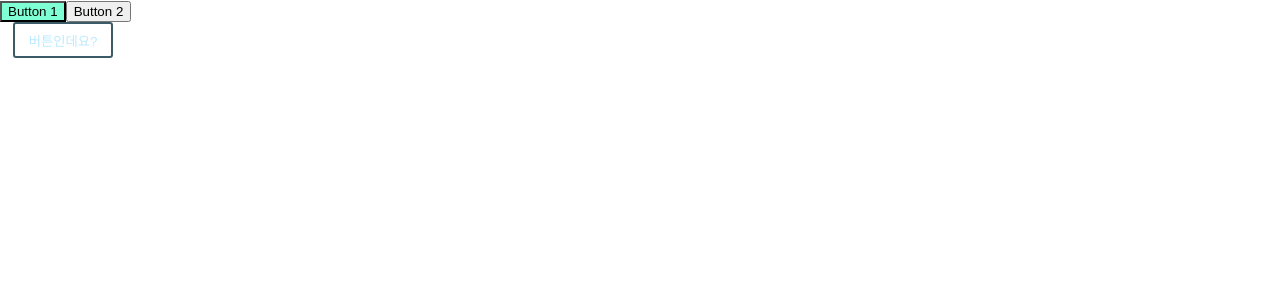
Repository: dnjfht/css-example
Page: /
The author's editor kept a copy of each file at every save. The page is drawn from the files as they stood at one save, then again after the next save.
The browser window is 1280 px wide. The pictures show the whole page.
The project was rebuilt for these pictures with package versions that can differ from the ones it lists, and the page was loaded fresh each time.

Above is the page before, as saved 2023-05-15 13:11:33.

### src/App.js
import React from "react";
import Button1 from "./components/Button1";
import Button2 from "./components/Button2";
import styled, { css } from "styled-components";

const Container = styled.div`
  display: flex;
`;

const Button = styled.button`
  background-color: transparent;
  border-radius: 3px;
  border: 2px solid #3c5b69;
  color: #b9eaff;
  margin: 0 1em;
  padding: 0.5em 1em;
  ${(props) =>
    props.primary &&
    css`
      background: #009cd5;
      color: white;
    `}
`;

export default function App() {
  return (
    <>
      <Button1 />
      <Button2 />

      <Container>
        <Button>버튼인데요?</Button>
      </Container>
    </>
  );
}

### src/components/Button1.js
import React from "react";
import styles from "./Button1.module.css";

export default function Button1() {
  return <button className={styles.button}>Button 1</button>;
}

// 기본적인 css 파일을 사용했을 때의 문제점 :
// 동일한 class 이름을 사용하면
// 가장 나중에 import된 css 파일에 정의된 selector가 이기게 됨.
// 아무리 다른 css 파일을 만든다고 해도, 서로 다른 파일에서 동일한 calss 이름을 사용하면
// 가장 나중에 import된 css 파일에 정의된 selector가 앞에껄 덮어씌우게 되어 있다.

// 이렇게 PostCSS를 사용하면 class 이름이 충돌나는 것을 신경쓰지 않아도 된다.
// PostCSS를 쓰면 자동으로 이름을 감싸준 네이밍 스페이스를 더해서 객체를 전달해준다.
// 객체 이름은 원하는 대로 정의해주면 된다.(ex : styles)
// 사용할 때도 태그에 className = {styles. ...} 이렇게 사용하면 된다.
// 자바스크립트 문법을 사용할 것이기 때문에 중괄호 사용.
// PostCSS를 사용하면 동일한 class 이름을 사용해도 파일명을 이용해서 고유한 class 이름을 만들어줌.

### src/components/Button2.js
import React from "react";
import styles from "./Button2.module.css";

export default function Button2() {
  return <button className={styles.button}>Button 2</button>;
}

### src/components/Button1.module.css
.button {
  background-color: aquamarine;
}

Loaded but not shown: public/index.html (common file); src/index.js (common file); src/index.css (common file); src/reportWebVitals.js (common file); src/components/Button2.module.css (no stored copy; drawn as an empty file)

After the next save:
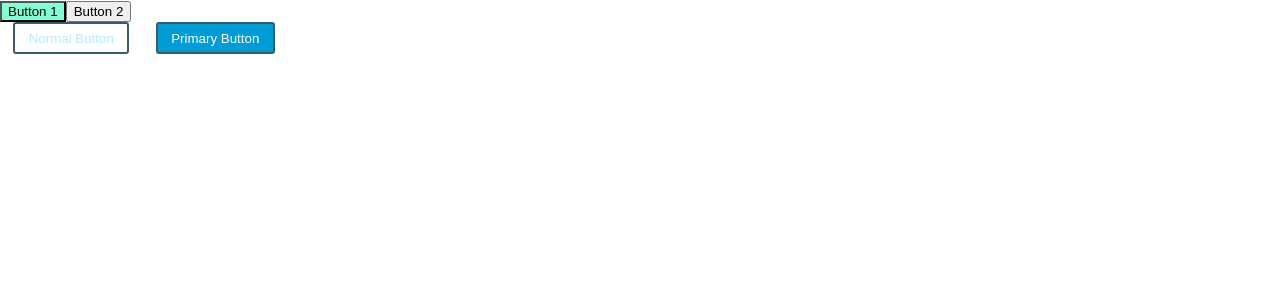
Saved 1 s later.
--- a/src/App.js
+++ b/src/App.js
@@ -29,7 +29,8 @@ export default function App() {
       <Button2 />
 
       <Container>
-        <Button>버튼인데요?</Button>
+        <Button>Normal Button</Button>
+        <Button primary>Primary Button</Button>
       </Container>
     </>
   );
